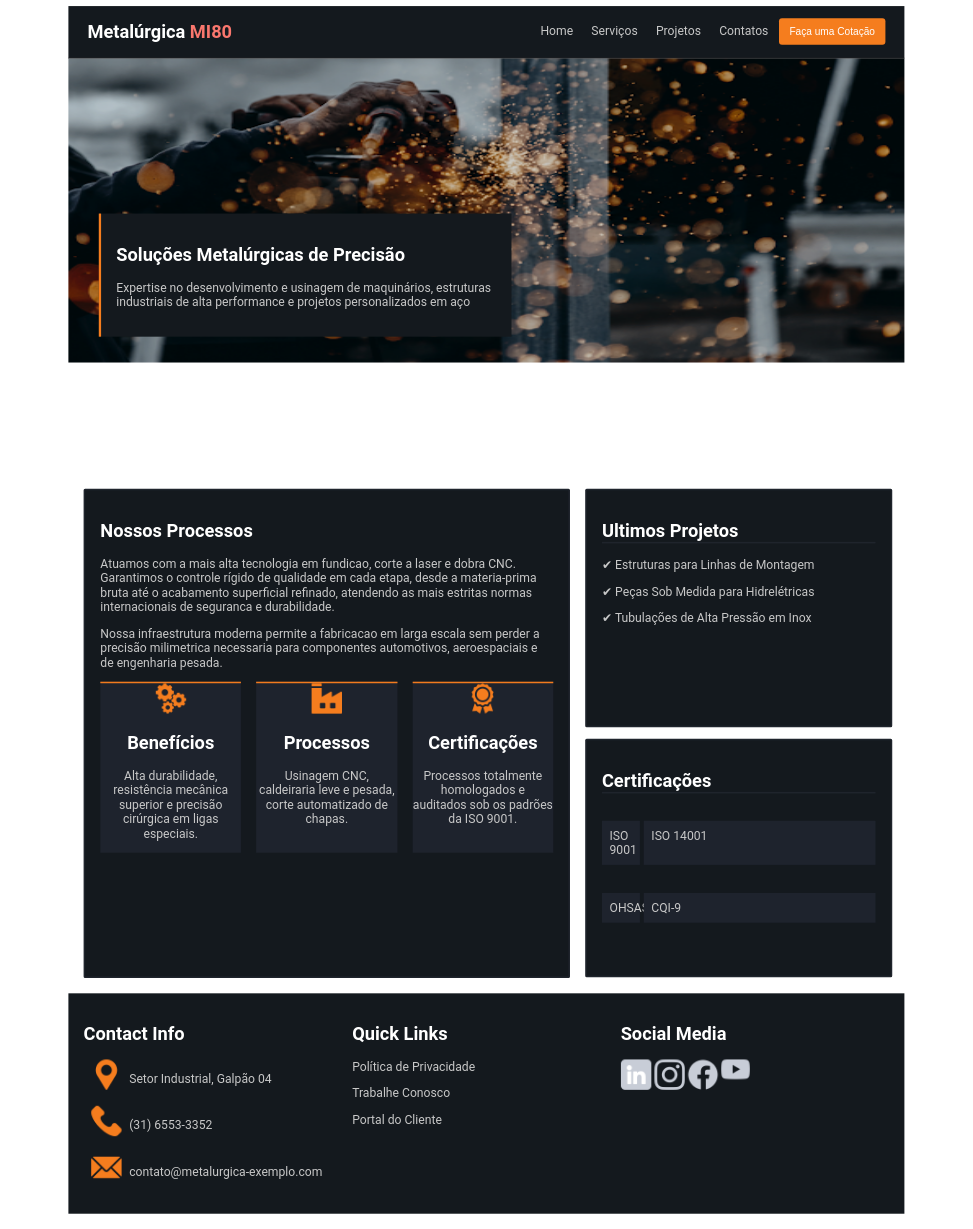
Repository: guiCherpinski/landing-page-metalurgica
Page: index.html
These files come from the project's save history. The page is drawn as it stood at one moment and after a run of saves; the edit follows.
The browser window is 1280 px wide. The pictures show the whole page, at 76% of full size.

Above is the page before, as saved 2026-06-08 15:31:18.

### index.html
<!DOCTYPE html>
<html lang="pt-br">
<head>
    <meta charset="UTF-8">
    <meta name="viewport" content="width=device-width, initial-scale=1.0">
    <title>Metalúrgica</title>
    <link rel="stylesheet" href="style.css">
</head>
<body>
    <header>
        <nav>
            <h1>Metalúrgica <span>MI80</span></h1>

            <div class = "buttons">
                <a href="/">Home</a>
                <a href="/">Serviços</a>
                <a href="/">Projetos</a>
                <a href="/">Contatos</a>
                <button>Faça uma Cotação</button>
            </div>
        </nav>
    </header>

    <main>
        <section class = "hero-section">
            <img src="./img/homem-serrando.png" alt="Foto de um Soldador">
            <div class = "text-hero">
                <h2>Soluções Metalúrgicas de Precisão</h2>
                <p>Expertise no desenvolvimento e usinagem de maquinários, estruturas industriais de alta performance e projetos personalizados em aço</p>
            </div>
        </section>
    </main>

    <section class = "all-sections">
        <section class = "our-process">

            <h2>Nossos Processos</h2>

            <p>Atuamos com a mais alta tecnologia em fundicao, corte a laser e dobra CNC. Garantimos o
                controle rígido de qualidade em cada etapa, desde a materia-prima bruta até o acabamento
                superficial refinado, atendendo as mais estritas normas internacionais de seguranca e
                durabilidade.
            </p>

            <p>Nossa infraestrutura moderna permite a fabricacao em larga escala sem perder a precisão
                milimetrica necessaria para componentes automotivos, aeroespaciais e de engenharia
                pesada.
            </p>

            <section class = "articles">
                <article class = "article-benefits">
                    <img src="./img/settings-gears.png" alt="Icone de engrenagens">
                    <h2>Benefícios</h2>
                    <p>Alta durabilidade, resistência mecânica superior e precisão cirúrgica em ligas especiais.</p>
                </article>

                <article class = "article-process">
                    <img src="./img/industry.png" alt="Icone de industria">
                    <h2>Processos</h2>
                    <p>Usinagem CNC, caldeiraria leve e pesada, corte automatizado de chapas.</p>
                </article>

                <article class = "article-certificates">
                    <img src="./img/medal.png" alt="Icone de medalha">
                    <h2>Certificações</h2>
                    <p>Processos totalmente homologados e auditados sob os padrões da ISO 9001.</p>
                </article>
            </section>
        </section>

        <div class = "grid">
            <section class = "last-projects">
                <h2>Ultimos Projetos</h2>
                <p>✔ Estruturas para Linhas de Montagem </p>
                <p>✔ Peças Sob Medida para Hidrelétricas</p>
                <p>✔ Tubulações de Alta Pressão em Inox</p>
            </section>

            <section class = "certificates">
                <h2>Certificações</h2>
                <div class = "paragrafos">
                    <p>ISO 9001</p>
                    <p>ISO 14001</p>
                    <p>OHSAS</p>
                    <p>CQI-9</p>
                </div>
            </section>
        </div>
    </section>


    <footer class = "rodape">
        <section>
            <h2>Contact Info</h2>

            <article class = "text-rodape">
                <img src="./img/placeholder.png" alt="Icone pin">
                <p>Setor Industrial, Galpão 04</p>
            </article>

            <article class = "text-rodape">
                <img src="./img/phone-call.png" alt="Icone de telefone">
                <p>(31) 6553-3352</p>
            </article>

            <article class = "text-rodape   ">
                <img src="./img/email.png" alt="Icone email">
                <p>contato@metalurgica-exemplo.com</p>
            </article>
        </section>

        <section>
            <h2>Quick Links</h2>
            <p>Política de Privacidade</p>
            <p>Trabalhe Conosco</p>
            <p>Portal do Cliente</p>
        </section>

        <section>
            <h2>Social Media</h2>
            <img src="./img/linkedin.png" alt="Icone linkedin">
            <img src="./img/instagram.png" alt="Icone instagram">
            <img src="./img/facebook.png" alt="Icone facebook">
            <img src="./img/youtube.png" alt="Icone youtube">
        </section>
    </footer>


</body>
</html>

### style.css
body{
    font-family: 'Roboto' , sans-serif;
    justify-items: center;
    /*background: #0A0A14;*/
}

header{
    background: #14191E;
    width: 1100px;
    border-bottom: 1px solid #2D2929;
}

header h1{
    color: white;
}

header h1 span {
    color: #FA776E;
}

header nav {
    display: flex;
    align-items: center;
    justify-content: space-between;
    margin-left: 25px;
    margin-right: 25px;
}

header nav a {
    margin-left: 10px;
    margin-right: 10px;
    text-decoration: none;
    color: #C8C8C8;
}


header button {
    width:140px;
    height: 35px;
    background: #F57D1E;
    border: none;
    border-radius: 4px;
    color: white;
}

header button:hover{
    cursor: pointer;
    background:#CC5500;
}

.hero-section img{
    width: 1100px;
    height: 400px;
}

.text-hero{
    background: #14191E;
    border-left: 3px solid #F57D1E;
    width: 500px;
    padding: 20px;
    position: relative;
    bottom: 200px;
    left: 40px;
}

.text-hero h2{
    color: white;
}

.text-hero p{
    color: #c8c8c8;
}

.articles{
    display: grid;
    grid-template-columns: 1fr 1fr 1fr;
    gap: 20px;
}

.our-process{
    background: #14191E;
    height: 600px;
    border: 2px solid #1F242C;
    border-radius: 2px;
    padding: 20px;
}

.our-process h2{
    color: white;
}

.our-process p{
    color: #c8c8c8;
}

.our-process img{
    width: 40px;
    height: 40px;
}

.article-benefits{
    background: #1E232D;
    border-top: 2px solid #F27B1E;
    text-align: center;
}

.article-process{
    background: #1E232D;
    border-top: 2px solid #F27B1E;
    text-align: center;
}

.article-certificates{
    background: #1E232D;
    border-top: 2px solid #F27B1E;
    text-align: center;
}

.last-projects{
    background: #14191E;
    border: 2px solid #1F242C;
    border-radius: 2px;
    padding: 20px;
    height: 270px;
    width: 360px;
}

.last-projects h2{
    color: white;
    border-bottom: 2px solid #1F242C;
}

.last-projects p {
    color: #c8c8c8;
}

.certificates{
    background: #14191E;
    border: 2px solid #1F242C;
    border-radius: 2px;
    height: 270px;
    width: 360px;
    padding: 20px;
    margin-top: 15px;
}

.certificates h2{
    color: white;
    border-bottom: 2px solid #1F242C;
}

.certificates p{
    color: #c8c8c8;
}

.all-sections{
    display: grid;
    grid-template-columns: 640px 400px;
    gap: 20px;
}

.rodape{
    padding: 20px;
    width: 1060px;
    margin: 20px;
    display: grid;
    grid-template-columns: 1fr 1fr 1fr;
    background: #14191E;
}

.rodape h2{
    color: white;
}

.rodape p{
    color: #c8c8c8;
}

.rodape img {
    width: 40px;
    height: 40px;
}

.text-rodape{
    border-top: #1F242C;
    display: flex;
    margin: 10px;
    gap: 10px;
}

.grid{
    display: grid;
    grid-template-columns: 1fr;
}

.paragrafos{
    display: grid;
    grid-template-columns: 50px 1fr;
    gap: 5px;
}

.paragrafos p {
    background: #1E232D;
    padding: 10px;
}

After the next 2 saves:
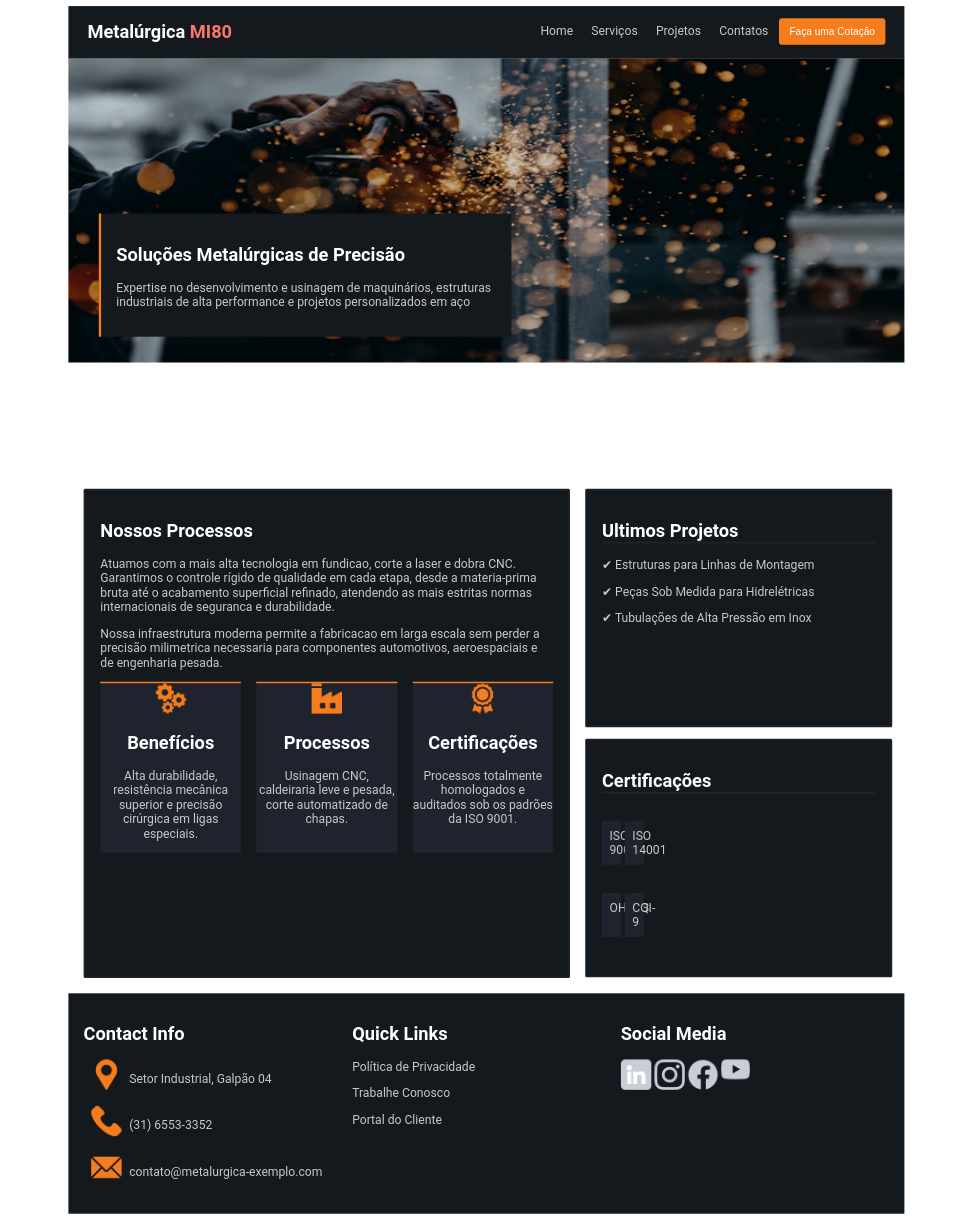
The 2 saves are shown as one change because they came seconds apart.
The last was saved 8 s later.
--- a/style.css
+++ b/style.css
@@ -195,7 +195,7 @@ header button:hover{
 
 .paragrafos{
     display: grid;
-    grid-template-columns: 50px 1fr;
+    grid-template-columns: 25px 25px;
     gap: 5px;
 }
 
